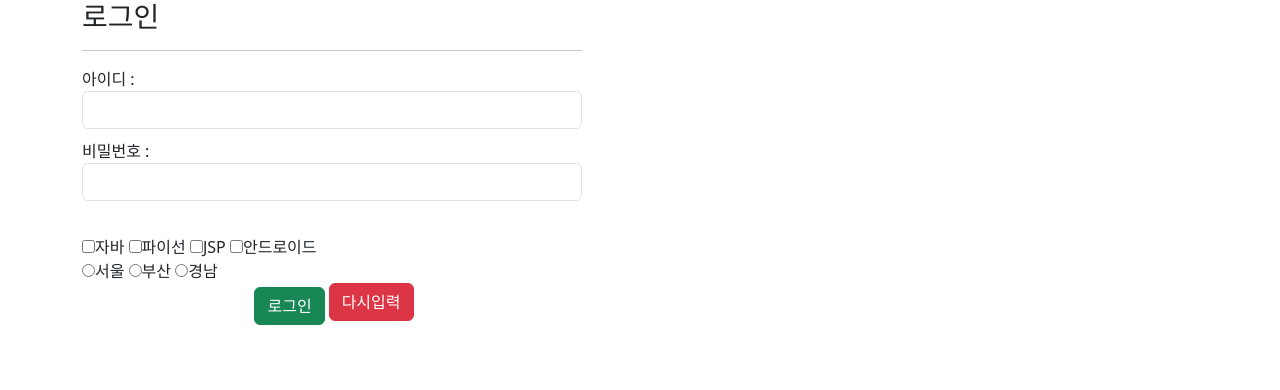
Repository: papepopopy/javascript
Page: http://localhost/webjsp/ex01/sample02/login.jsp
The author's editor kept a copy of each file at every save. The page is drawn from the files as they stood at one save, then again after the next save.
The browser window is 1280 px wide. The pictures show the whole page.
The page is served by Tomcat 9. Nobody is signed in. The application's start-up code is not run.

Above is the page before, as saved 2024-06-26 03:39:53.

After the next save:
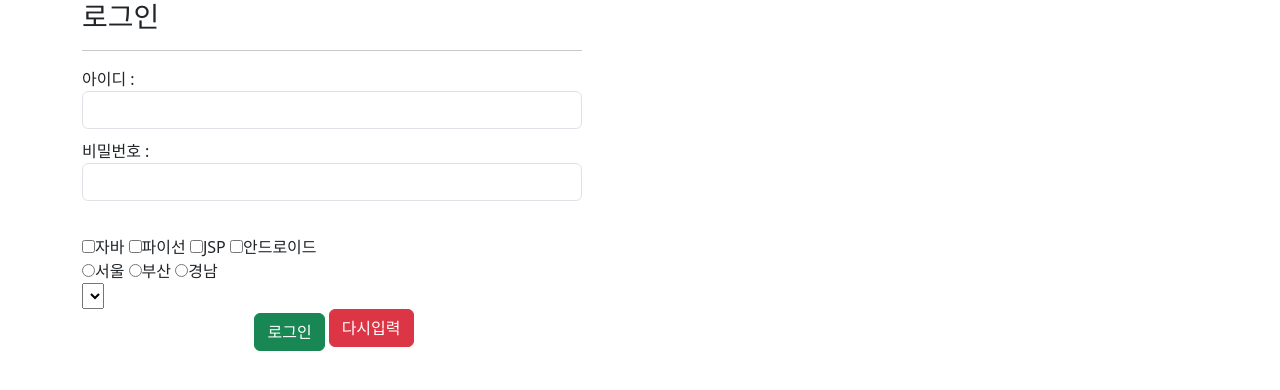
Saved 4 min 14 s later.
--- a/jspStudy/jspStudy/webjsp/src/main/webapp/ex01/sample02/login.jsp
+++ b/jspStudy/jspStudy/webjsp/src/main/webapp/ex01/sample02/login.jsp
@@ -42,7 +42,7 @@
 		    	<input type="radio" name="address" value="2">부산
 		    	<input type="radio" name="address" value="3">경남
 		    	<br>
-
+		    	<select></select>
 		    	<div class = "d-flex justify-content-center" >
 
 			    	<div>
